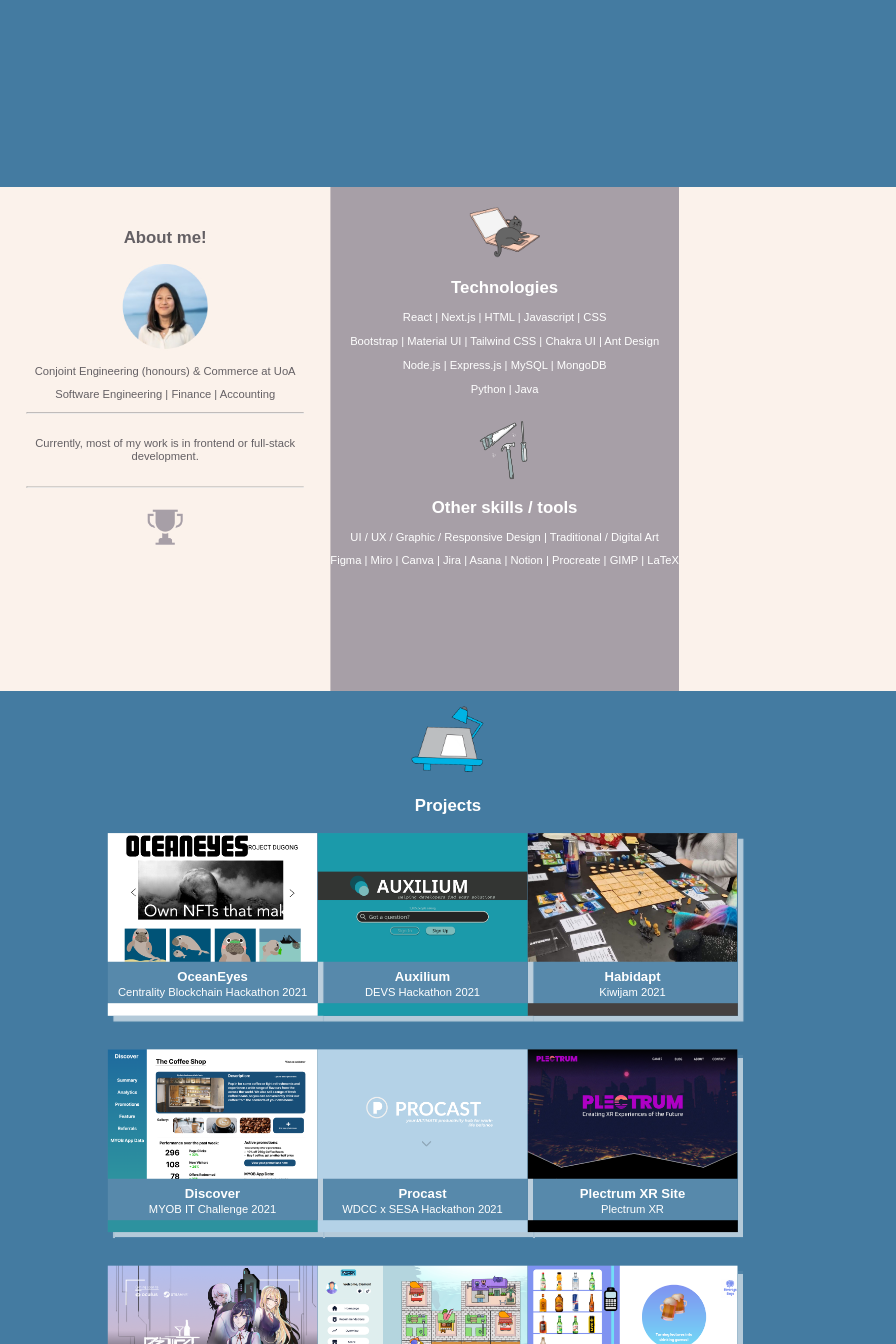
Repository: lukisoo/lukisoo-portfolio
Page: /
An editor plug-in stored every save of this project. The page is shown before and after the next save, followed by the edit.
The browser window is 1280 px wide. The pictures show the part of the page from y = 453 to 2373 px (the page is 3307 px tall), at 70% of full size.
The project was rebuilt for these pictures with package versions that can differ from the ones it lists, and the page was loaded fresh each time.

Above is the page before, as saved 2022-07-31 23:03:48.

### public/index.html
<!DOCTYPE html>
<html lang="en">
  <head>
    <meta charset="utf-8" />
    <link rel="icon" href="%PUBLIC_URL%/favicon.ico" />
    <meta name="viewport" content="width=device-width, initial-scale=1" />
    <meta name="theme-color" content="#000000" />
    <meta
      name="description"
      content="Web site created using create-react-app"
    />
    <link rel="apple-touch-icon" href="%PUBLIC_URL%/logo192.png" />
    <!--
      manifest.json provides metadata used when your web app is installed on a
      user's mobile device or desktop. See https://developers.google.com/web/fundamentals/web-app-manifest/
    -->
    <link rel="manifest" href="%PUBLIC_URL%/manifest.json" />
    <!--
      Notice the use of %PUBLIC_URL% in the tags above.
      It will be replaced with the URL of the `public` folder during the build.
      Only files inside the `public` folder can be referenced from the HTML.

      Unlike "/favicon.ico" or "favicon.ico", "%PUBLIC_URL%/favicon.ico" will
      work correctly both with client-side routing and a non-root public URL.
      Learn how to configure a non-root public URL by running `npm run build`.
    -->
    <title>Lucy Zhu's Portfolio</title>
  </head>
  <body>
    <noscript>You need to enable JavaScript to run this app.</noscript>
    <div id="root"></div>
    <!--
      This HTML file is a template.
      If you open it directly in the browser, you will see an empty page.

      You can add webfonts, meta tags, or analytics to this file.
      The build step will place the bundled scripts into the <body> tag.

      To begin the development, run `npm start` or `yarn start`.
      To create a production bundle, use `npm run build` or `yarn build`.
    -->
  </body>
</html>

### src/index.js
import React from "react";
import {
  BrowserRouter as Router,
  Route,
  BrowserRouter,
} from "react-router-dom";
import { useRecoilState, RecoilRoot } from "recoil";
import ReactDOM from "react-dom/client";
import "./index.css";
import App from "./App";
import reportWebVitals from "./reportWebVitals";

const root = ReactDOM.createRoot(document.getElementById("root"));
root.render(
  <React.StrictMode>
    <RecoilRoot>
      <BrowserRouter>
        <App />
      </BrowserRouter>
    </RecoilRoot>
  </React.StrictMode>
);

// If you want to start measuring performance in your app, pass a function
// to log results (for example: reportWebVitals(console.log))
// or send to an analytics endpoint. Learn more: https://bit.ly/CRA-vitals
reportWebVitals();

### src/index.css
@import url('https://fonts.googleapis.com/css2?family=Source+Sans+Pro:ital,wght@0,200;0,300;0,400;0,600;0,700;0,900;1,200;1,300;1,400;1,600;1,700;1,900&display=swap');

body {
  margin: 0;
  /* font-family: -apple-system, BlinkMacSystemFont, 'Segoe UI', 'Roboto', 'Oxygen',
    'Ubuntu', 'Cantarell', 'Fira Sans', 'Droid Sans', 'Helvetica Neue',
    sans-serif; */
    font-family: arial;
  -webkit-font-smoothing: antialiased;
  -moz-osx-font-smoothing: grayscale;
  background-color: #447BA1;
  color: white;
  /* font-family: 'Source Sans Pro', sans-serif; */
  overflow-x: hidden;
  scroll-behavior: smooth;
}

code {
  font-family: source-code-pro, Menlo, Monaco, Consolas, 'Courier New',
    monospace;
}

a {
  text-decoration: none;
}

### src/App.js
import "./App.css";

import { Link } from "react-router-dom";
import { Tooltip, Grid } from "@mui/material";
import { motion } from "framer-motion";
import { useState } from "react";
import { useRecoilState, RecoilRoot } from "recoil";

import ProjectPopUp from "./components/project-pop-up.js";
import AchievementsPopUp from "./components/achievements-pop-up.js";

import ProjectsData from "./data/projectsData";
import AchievementsData from "./data/achievementsData";

import ProfilePhoto from "./images/header/profile-photo.png";
import LinkedinLogo from "./images/header/linkedin-logo.png";
import GithubLogo from "./images/header/github-logo.png";
import ExperienceLogo from "./images/about-me/experience.png";
import AchievementsLogo from "./images/about-me/achievements.png";
import LinkedinLogo2 from "./images/contact/linkedin-logo.png";
import GithubLogo2 from "./images/contact/github-logo.png";
import EmailLogo from "./images/contact/email-logo.png";

import Laptop from "./images/about-me/laptop.gif";
import Tools from "./images/about-me/tools.gif";
import Projects from "./images/projects-section/projects.gif";
import Contact from "./images/contact/contact.gif";

import { currentProjectState } from "./atoms/currentProjectState";

function App() {
  const [visibilityProjectPopUp, setVisibilityProjectPopUp] = useState(false);
  const [visibilityAchievementPopUp, setVisibilityAchievementPopUp] =
    useState(false);

  const [currentProject, setCurrentProject] =
    useRecoilState(currentProjectState);

  const closeProjectPopUpHandler = (e) => {
    setVisibilityProjectPopUp(e);
  };

  const closeAchievementsPopUpHandler = (e) => {
    setVisibilityAchievementPopUp(e);
  };

  return (
    <div className="App">
      <header className="full-section">
        <div className="header-image">
          <img
            src={ProfilePhoto}
            className="profile-photo"
            alt="Profile Photo"
          />
        </div>

        <div className="header-content">
          <Grid container spacing={3}>
            <Grid item xs={12} md={12}>
              <motion.div
                viewport={{ once: true }}
                transition={{ duration: 1 }}
                whileInView={{ y: ["-2000px", "0px", "-50px", "0px"] }}
              >
                <h2>Hey there, I'm Lucy Zhu.</h2>
                <p>Please excuse the messy site, it's still in progress!</p>
              </motion.div>
            </Grid>
            <Grid item xs={12} md={12}>
              <Tooltip title="LinkedIn">
                <a href="https://www.linkedin.com/in/lucyzhu613/">
                  <img
                    src={LinkedinLogo}
                    className="social-logo"
                    alt="Linkedin Logo"
                  />
                </a>
              </Tooltip>
              <Tooltip title="Github">
                <a href="https://github.com/lukisoo">
                  <img
                    src={GithubLogo}
                    className="social-logo"
                    alt="Github Logo"
                  />
                </a>
              </Tooltip>
            </Grid>
            <Grid item xs={12} md={12}>
              <hr className="header-divider" />
            </Grid>
            <Grid item xs={12} md={4}>
              <a href="#about-me-section">
                <div className="box-1">
                  <div className="btn btn-one">
                    <span>ABOUT ME</span>
                  </div>
                </div>
              </a>
            </Grid>
            <Grid item xs={12} md={4}>
              <a href="#projects-section">
                <div className="box-1">
                  <div className="btn btn-one">
                    <span>PROJECTS</span>
                  </div>
                </div>
              </a>
            </Grid>
            <Grid item xs={12} md={4}>
              <a href="#contact-section">
                <div className="box-1">
                  <div className="btn btn-one">
                    <span>CONTACT</span>
                  </div>
                </div>
              </a>
            </Grid>
          </Grid>
        </div>
      </header>

      <section id="about-me-section" className="full-section">
        <div className="about-me-content">
          <Grid container spacing={0}>
            <Grid item xs={12} md={4}>
              <div className="about-me-left">
                <div className="details-content">
                  <motion.div
                    viewport={{ once: true }}
                    transition={{ duration: 1 }}
                    whileInView={{ y: ["-200px", "0px", "-50px", "0px"] }}
                  >
                    <h1>About me!</h1>
                    <img
                      src={ProfilePhoto}
                      className="profile-photo"
                      alt="Profile Photo"
                    />
                    <p>Conjoint Engineering (honours) & Commerce at UoA</p>
                    <p>Software Engineering | Finance | Accounting</p>
                    <hr />
                    <p>
                      <br />
                      Currently, most of my work is in frontend or full-stack
                      development.
                      <br />
                      <br />
                    </p>
                    <hr />
                    {/* <h3>Find out more:</h3> */}
                    <div className="about-me-logo-section">
                      {/* <Tooltip title="Experience">
                        <img
                          src={ExperienceLogo}
                          className="about-me-logo"
                          alt="Experience Logo"
                        />
                      </Tooltip> */}
                      <Tooltip title="Achievements">
                        <img
                          src={AchievementsLogo}
                          className="about-me-logo"
                          alt="Achievements Logo"
                          onClick={(e) =>
                            setVisibilityAchievementPopUp(
                              !visibilityAchievementPopUp
                            )
                          }
                        />
                      </Tooltip>
                    </div>{" "}
                  </motion.div>
                </div>
              </div>
            </Grid>
            <Grid item xs={12} md={8}>
              <div className="about-me-right">
                <div className="skills-content">
                  <motion.div
                    viewport={{ once: true }}
                    transition={{ duration: 1 }}
                    whileInView={{ y: ["-200px", "0px", "-50px", "0px"] }}
                  >
                    <img src={Laptop} className="laptop-gif" alt="Laptop" />
                    <h2>Technologies</h2>
                    <p>React | Next.js | HTML | Javascript | CSS</p>
                    <p>
                      Bootstrap | Material UI | Tailwind CSS | Chakra UI | Ant
                      Design
                    </p>
                    <p>Node.js | Express.js | MySQL | MongoDB</p>
                    <p>Python | Java</p>
                    <br />{" "}
                  </motion.div>{" "}
                  <motion.div
                    viewport={{ once: true }}
                    transition={{ duration: 1 }}
                    whileInView={{ y: ["-200px", "0px", "-50px", "0px"] }}
                  >
                    <img src={Tools} className="tools-gif" alt="Tools" />
                    <h2>Other skills / tools</h2>
                    <p>
                      UI / UX / Graphic / Responsive Design | Traditional /
                      Digital Art
                    </p>
                    <p>
                      Figma | Miro | Canva | Jira | Asana | Notion | Procreate |
                      GIMP | LaTeX
                    </p>{" "}
                  </motion.div>
                </div>
              </div>
            </Grid>
          </Grid>
        </div>
      </section>

      <section id="projects-section" className="full-section-projects">
        <div>
          <motion.div
            viewport={{ once: true }}
            transition={{ duration: 1 }}
            whileInView={{ y: ["-200px", "0px", "-50px", "0px"] }}
          >
            <img src={Projects} className="projects-gif" alt="Projects" />
            <h1>Projects</h1>{" "}
          </motion.div>

          <div className="all-projects">
            <Grid container rowSpacing={6} columnSpacing={0}>
              {ProjectsData.map((Project, i) => (
                <Grid item xs={6} md={4}>
                  <motion.div
                    // drag
                    // dragConstraints = {{top: -50, left: -50, right: 50, bottom: 50,}}
                    viewport={{ once: true }}
                    transition={{ duration: 1 }}
                    whileInView={{ y: ["-200px", "0px", "-50px", "0px"] }}
                  >
                    <div
                      className="project-box"
                      onClick={() => (
                        setVisibilityProjectPopUp(!visibilityProjectPopUp),
                        setCurrentProject(Project.id)
                      )}
                    >
                      <img
                        draggable="false"
                        src={Project.header}
                        className="project-header-image"
                        alt={Project.title}
                      />
                      <div className="project-text">
                        <h3>{Project.title}</h3>
                        <p>{Project.affiliation}</p>
                      </div>

                      <div
                        className="project-bottom-bar"
                        style={{ backgroundColor: Project.color }}
                      ></div>
                    </div>
                  </motion.div>
                </Grid>
              ))}
            </Grid>
          </div>
        </div>
      </section>

      <section id="contact-section" className="full-section">
        <div className="contact-content">
          <motion.div
            viewport={{ once: true }}
            transition={{ duration: 1 }}
            whileInView={{ y: ["-2000px", "0px", "-50px", "-25px"] }}
          >
            <img src={Contact} className="contact-gif" alt="Contact" />
            <br />
            <h1>Contact me!</h1>
            <p>I'm happy to have a chat about anything!</p>
            <br />
            <Grid container spacing={2}>
              <Grid item xs={6} md={12}>
                <Tooltip title="LinkedIn">
                  <a href="https://www.linkedin.com/in/lucyzhu613/">
                    <img
                      src={LinkedinLogo2}
                      className="social-logo"
                      alt="Linkedin Logo"
                    />
                  </a>
                </Tooltip>

                <Tooltip title="Github">
                  <a href="https://github.com/lukisoo">
                    <img
                      src={GithubLogo2}
                      className="social-logo"
                      alt="Github Logo"
                    />
                  </a>
                </Tooltip>

                <Tooltip title="Email: lzlucyz@gmail.com">
                  <a href="mailto: lzlucyz@gmail.com">
                    <img
                      src={EmailLogo}
                      className="social-logo"
                      alt="Email Logo"
                    />
                  </a>
                </Tooltip>
              </Grid>
            </Grid>
          </motion.div>
        </div>
      </section>

      <ProjectPopUp
        onClose={closeProjectPopUpHandler}
        show={visibilityProjectPopUp}
        title={ProjectsData[currentProject].title}
      >
        <div>
          <div className="pick-task-content">
            <img
              src={ProjectsData[currentProject].header}
              className="project-header-image-popup"
              alt={ProjectsData[currentProject].title}
            ></img>
            <h3>{ProjectsData[currentProject].affiliation}</h3>
            <p>{ProjectsData[currentProject].description}</p>
          </div>
        </div>
      </ProjectPopUp>

      <AchievementsPopUp
        onClose={closeAchievementsPopUpHandler}
        show={visibilityAchievementPopUp}
        title="Achievements (2021 - now)"
      >
        <div>
          <div className="pick-task-content">
            {AchievementsData.reverse().map((Achievement, i) => (
              <div>
                <h1>{Achievement.title}</h1>
              </div>
            ))}
          </div>
        </div>
      </AchievementsPopUp>
    </div>
  );
}

export default App;

### src/App.css
.App {
  text-align: center;
  margin: 0;
}

/* Section Content */
.full-section {
  height: 100vh;
  width: 100vw;
}

.full-section-projects {
  width: 100vw;
  height: auto;
}

/* Buttons */
.box-1 {
  /* background-color: hsl(0, 100%, 70%);  */
  width: 250px;
  margin: auto;
}

.btn {
  line-height: 50px;
  height: 50px;
  text-align: center;
  width: 250px;
  cursor: pointer;
}

.btn-one {
  color: #fff;
  transition: all 0.3s;
  position: relative;
}
.btn-one span {
  transition: all 0.3s;
}
.btn-one::before {
  content: "";
  position: absolute;
  bottom: 0;
  left: 0;
  width: 100%;
  height: 100%;
  z-index: 1;
  opacity: 0;
  transition: all 0.3s;
  border-top-width: 1px;
  border-bottom-width: 1px;
  border-top-style: solid;
  border-bottom-style: solid;
  border-top-color: rgba(255, 255, 255, 0.5);
  border-bottom-color: rgba(255, 255, 255, 0.5);
  transform: scale(0.1, 1);
}
.btn-one:hover span {
  letter-spacing: 2px;
}
.btn-one:hover::before {
  opacity: 1;
  transform: scale(1, 1);
}
.btn-one::after {
  content: "";
  position: absolute;
  bottom: 0;
  left: 0;
  width: 100%;
  height: 100%;
  z-index: 1;
  transition: all 0.3s;
  background-color: rgba(255, 255, 255, 0.1);
}
.btn-one:hover::after {
  opacity: 0;
  transform: scale(0.1, 1);
}

/* Header CSS */
.header-content {
  width: 60vw;
  height: 70vh;
  margin: 0 auto 0 auto;
  margin-top: 2vh;
  /* background-color: red; */
}

.header-divider {
  color: white;
  border-width: 2px;
}

.header-image {
  background: linear-gradient(180deg, #fbf2eb 50%, #ffffff00 50%);
  border-top: 13vh solid #fbf2eb;
  width: 100vw;
  height: auto;
}

.profile-photo {
  width: 10vw;
  height: auto;
}

.social-logo {
  width: 40px;
  height: auto;
  padding: 0 1% 0 1%;
}

.social-logo:hover {
  opacity: 0.8;
  cursor: pointer;
}

/* About Me CSS */
#about-me-section {
  background-color: #fbf2eb;
}

.about-me-content {
  height: 100vh;
  width: 100vw;
}

.about-me-logo-section {
  /* height: 100px; */
}

.about-me-logo {
  width: 50px;
  margin: 5% 3% 0 3%;
  padding: 1%;
}

.about-me-logo:hover {
  border-radius: 15px;
  /* border: 1px solid #A79FA7; */
  opacity: 0.8;
  cursor: pointer;
}

.about-me-left {
}

.details-content {
  padding: 8% 8% 8% 8%;
  color: #646064;
}

.about-me-right {
  background-color: #a79fa7;
  height: 100vh;
}

.skills-content {
  padding: 5% 0 5% 0;
}

.laptop-gif {
  width: 8vw;
}

.tools-gif {
  width: 6vw;
}

/* Projects CSS */
.projects-gif {
  margin-top: 10px;
  width: 9vw;
}

.all-projects {
  margin: 2% 12% 5% 12%;
}

.project-box {
  width: 300px;
  margin: 0 auto;
  background-color: rgba(255, 255, 255, 0.1);
  box-shadow: 8px 8px 1px rgba(255, 255, 255, 0.6);
}

.project-box:hover {
  /* opacity: 0.8; */
  background-color: rgba(255, 255, 255, 0.35);
  cursor: pointer;
  -webkit-transition: background-color 0.3s ease-out;
  -moz-transition: background-color 0.3s ease-out;
  -o-transition: background-color 0.3ss ease-out;
  transition: background-color 0.3s ease-out;
}

.project-text {
  margin-top: 2%;
  margin-bottom: 2%;
}

.project-box h3 {
  margin-top: 0;
  margin-bottom: 0;
}

.project-box p {
  margin-top: 1%;
  margin-bottom: 0;
}

.project-bottom-bar {
  height: 17.5px;
  width: 100%;
}

.project-header-image {
  width: 100%;
}

.project-header-image-popup {
  width: 80%;
  margin: auto;
}

/* Contact CSS */

#contact-section {
  background-color: #fbf2eb;
}

.contact-content {
  color: #646064;
  padding: 10% 5% 5% 5%;
}

.contact-gif {
  width: 10vw;
}

### src/components/project-pop-up.js
import { useEffect, useState } from "react";
import popupStyles from "./css/project-pop-up.module.css";
import PropTypes from "prop-types";
const CustomPopup = (props) => {
  const [show, setShow] = useState(false);

  const closeHandler = (e) => {
    setShow(false);
    props.onClose(false);
  };

  useEffect(() => {
    setShow(props.show);
  }, [props.show]);

  return (
    <div
      style={{
        visibility: show ? "visible" : "hidden",
        opacity: show ? "1" : "0"
      }}
      className={popupStyles.overlay}
    >
      <div className={popupStyles.popup}>
        <h2>{props.title}</h2>
        <span className={popupStyles.close} onClick={closeHandler}>
          &times;
        </span>
        <div className={popupStyles.content}>{props.children}</div>
      </div>
    </div>
  );
};

CustomPopup.propTypes = {
  title: PropTypes.string.isRequired,
  show: PropTypes.bool.isRequired,
  onClose: PropTypes.func.isRequired
};
export default CustomPopup;

### src/data/achievementsData.js
const achievementsData = [
    {
        id: 0,
        title: "placeholder1",
    },
    {
        id: 1,
        title: "placeholder2",
    },
];

export default achievementsData;

### src/atoms/currentProjectState.js
import { atom } from "recoil";

export const currentProjectState = atom({
  key: "currentProjectState", // unique ID (with respect to other atoms/selectors)
  default: 0, // default value (aka initial value)
});

### src/components/css/project-pop-up.module.css
.overlay {
    visibility: hidden;
    opacity: 0;
    position: fixed;
    top: 0;
    bottom: 0;
    left: 0;
    right: 0;
    background: rgba(0, 0, 0, 0.7);
    transition: opacity 500ms;
}

.popup {
    margin: 70px auto;
    padding: 20px;
    background: #fff;
    border-radius: 5px;
    width: 30%;
    position: relative;
    transition: all 5s ease-in-out;
    z-index: 500;
    color:rgba(0, 0, 0, 0.7);
}

.popup h2 {
    margin-top: 0;
    color: #333;
    font-family: Tahoma, Arial, sans-serif;
}

.popup .close {
    position: absolute;
    top: 20px;
    right: 30px;
    transition: all 200ms;
    font-size: 30px;
    font-weight: bold;
    text-decoration: none;
    color: #333;
}

.popup .close:hover {
    cursor: pointer;
    color: #000;
}

.popup .content {
    max-height: 30%;
    overflow: auto;
}

@media screen and (max-width: 700px) {
    .popup {
        width: 70%;
    }
}

### src/components/css/achievements-pop-up.module.css
.overlay {
    visibility: hidden;
    opacity: 0;
    position: fixed;
    top: 0;
    bottom: 0;
    left: 0;
    right: 0;
    background: rgba(0, 0, 0, 0.7);
    transition: opacity 500ms;
}

.popup {
    margin: 70px auto;
    padding: 20px;
    background: #fff;
    border-radius: 5px;
    width: 30%;
    position: relative;
    transition: all 5s ease-in-out;
    z-index: 500;
}

.popup h2 {
    margin-top: 0;
    color: #333;
    font-family: Tahoma, Arial, sans-serif;
}

.popup .close {
    position: absolute;
    top: 20px;
    right: 30px;
    transition: all 200ms;
    font-size: 30px;
    font-weight: bold;
    text-decoration: none;
    color: #333;
}

.popup .close:hover {
    cursor: pointer;
    color: #000;
}

.popup .content {
    max-height: 30%;
    overflow: auto;
}

@media screen and (max-width: 700px) {
    .popup {
        width: 70%;
    }
}

Loaded but not shown: src/reportWebVitals.js (common file); src/data/projectsData.js (91 lines, source omitted); src/components/achievements-pop-up.js (40 lines, source omitted)

After the next save:
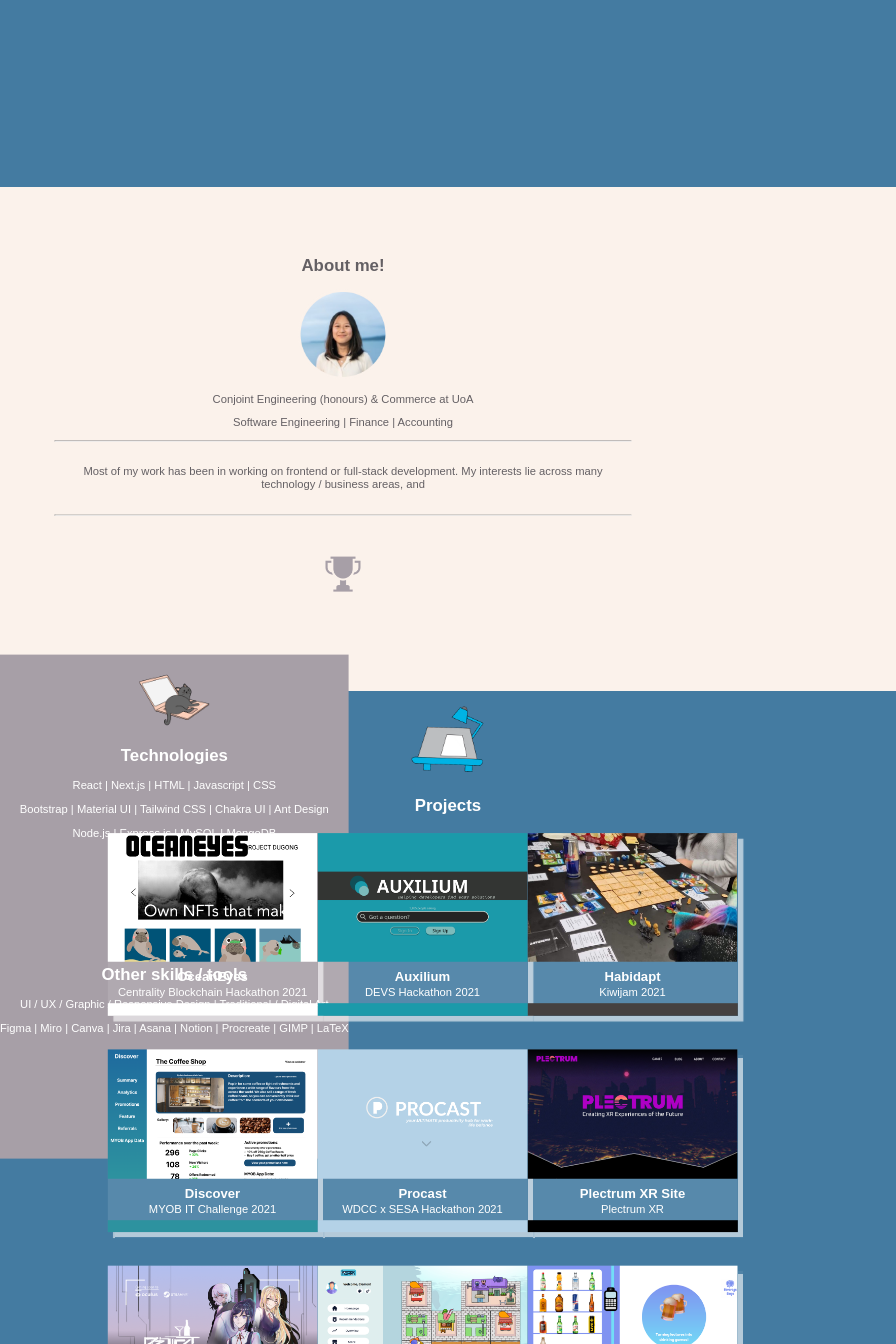
Saved 92 s later.
--- a/src/App.js
+++ b/src/App.js
@@ -143,8 +143,9 @@ function App() {
                     <hr />
                     <p>
                       <br />
-                      Currently, most of my work is in frontend or full-stack
-                      development.
+                      Most of my work has been in working on frontend or full-stack development.
+
+                      My interests lie across many technology / business areas, and
                       <br />
                       <br />
                     </p>
